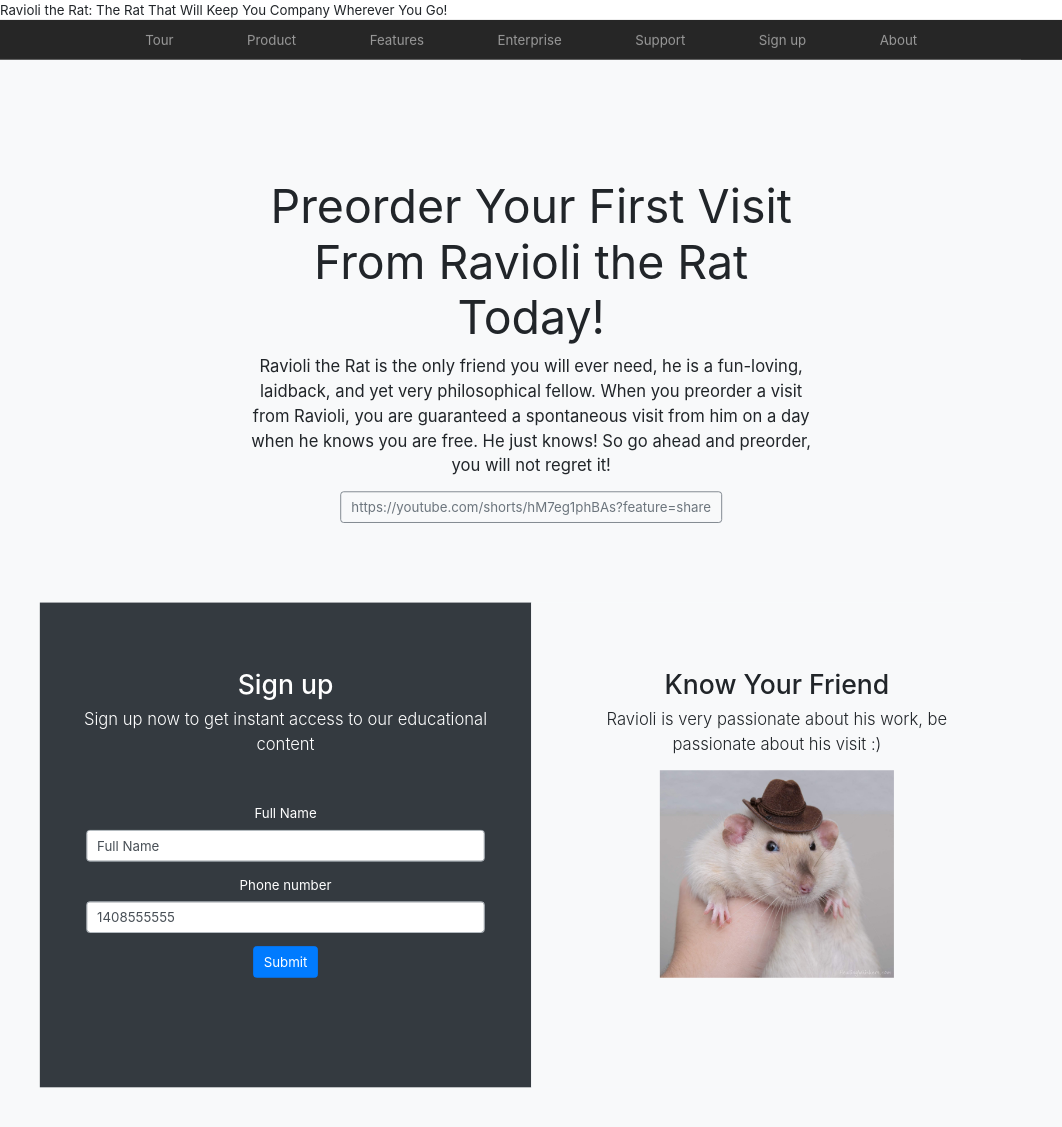
Repository: jesssanchez463/Jess-Sanchez---RESUME
Page: LearnCS8-Twilio/TwilioTemplate/index.html
The author's editor kept a record of every edit. The page is drawn from the files as they stood at one moment, then again after the next edit.
The browser window is 1280 px wide. The pictures show the whole page, at 83% of full size.

Above is the page before.

### LearnCS8-Twilio/TwilioTemplate/index.html
<!doctype html>
<html lang="en">
  <head>
    <!-- Required meta tags -->
    <meta charset="utf-8">
    <meta name="viewport" content="width=device-width, initial-scale=1, shrink-to-fit=no">
    <meta name="description" content="Please include a description here">
    <meta name="author" content="862385994">

    <!-- Bootstrap CSS -->
    <link rel="stylesheet" href="https://stackpath.bootstrapcdn.com/bootstrap/4.5.2/css/bootstrap.min.css" integrity="sha384-JcKb8q3iqJ61gNV9KGb8thSsNjpSL0n8PARn9HuZOnIxN0hoP+VmmDGMN5t9UJ0Z" crossorigin="anonymous">

    <!-- Title of your Website -->
    <title>Ravioli the Rat</title>
    <link href="product.css" rel="stylesheet">
  </head>     Ravioli the Rat: The Rat That Will Keep You Company Wherever You Go!

  <body>
    <nav class="site-header sticky-top py-1">
    <!-- Top Menu Bar -->
    <div class="container d-flex flex-column flex-md-row justify-content-between">
        <a class="py-2 d-none d-md-inline-block" id="menu-item-1" href="https://sliding.toys/mystic-square/8-puzzle/">Tour</a>
        <a class="py-2 d-none d-md-inline-block" id="menu-item-2" href="https://allourway.com/homemade-italian-ravioli-meat-cheese-filling/">Product</a>
        <a class="py-2 d-none d-md-inline-block" id="menu-item-3" href="https://ratguide.com/care-intro">Features</a>
        <a class="py-2 d-none d-md-inline-block" id="menu-item-4" href="https://maze.toys/mazes/mini/daily/">Enterprise</a>
        <a class="py-2 d-none d-md-inline-block" id="menu-item-5" href="https://paint.toys/">Support</a>
        <a class="py-2 d-none d-md-inline-block" id="menu-item-6" href="https://puginarug.com/">Sign up</a>
        <a class="py-2 d-none d-md-inline-block" id="menu-item-7" href="https://binarypiano.com/">About</a>
    </div>
</nav>
<!-- Main Header Section h1-->
<div class="position-relative overflow-hidden p-3 p-md-5 m-md-0 text-center bg-light">
    <div class="col-md-8 p-lg-5 mx-auto my-5">
        <h1 class="display-4 font-weight-normal">Preorder Your First Visit From Ravioli the Rat Today!</h1>
        <p class="lead font-weight-normal">Ravioli the Rat is the only friend you will ever need, he is a fun-loving, laidback, and yet very philosophical fellow. When you preorder a visit from Ravioli, you are guaranteed a spontaneous visit from him on a day when he knows you are free. He just knows! So go ahead and preorder, you will not regret it!</p>
        <a class="btn btn-outline-secondary" href="#">https://youtube.com/shorts/hM7eg1phBAs?feature=share</a>
    </div>
    <!-- Left Tile -->
<div class="d-md-flex flex-md-equal w-100">
    <div class="bg-dark pt-3 px-3 pt-md-5 px-md-5 text-center text-white overflow-hidden">
        <div class="my-3 py-3">
            <h2 class="display-5">Sign up</h2>
            <p class="lead">Sign up now to get instant access to our educational content</p>
        </div>
        <!-- Web form when submitted will send a text message -->
        <form class="p-2" onsubmit="sendTextMessage(); return false;">
            <!-- Full Name Form Field -->
            <div class="form-group">
                <label for="example-first-name">Full Name</label>
                <input type="text" value="Full Name" class="form-control" id="example-first-name" aria-describedby="emailHelp">
            </div>
            <!-- Phone Number Form Field -->
            <div class="form-group">
                <label for="example-tel-input">Phone number</label>
                <input type="tel" class="form-control" value="1408555555" id="example-tel-input">
            </div>
            <!-- JavaScript that handles onSubmit logic -->
            <!-- Configure the XHR request below with your own credentials -->
            <script>
            function sendTextMessage() {
                console.log("Hello world!");
                var xhr = new XMLHttpRequest();
                var accountSID = "ACac85fcb58296df381fab927fd46937b4";
                var authToken = "c62ed23ad9e8e5c02c6c85f9543d9748";
                var base64encoded = accountSID + ":" + authToken;
                var params = "To=" + document.getElementById('example-tel-input').value + "&From=" + "18559374528" + "&Body=" + "Hello " + document.getElementById('example-first-name').value + "...Rats Love Cheese!"
                xhr.open("POST", "https://api.twilio.com/2010-04-01/Accounts/" + accountSID + "/Messages.json", true);
                xhr.setRequestHeader('Content-Type', 'application/x-www-form-urlencoded');
                xhr.setRequestHeader('Authorization', 'Basic ' + btoa(base64encoded));
                xhr.send(params);
            }
            </script>
            <!-- Submit button that will execute the sendTextMessage function -->
            <button type="submit" class="btn btn-primary">Submit</button>
        </form>
    </div>
<!-- Right Tile -->
    <div class="bg-light pt-3 px-3 pt-md-5 px-md-5 text-center overflow-hidden">
        <div class="my-3 p-3">
            <h2 class="display-5">Know Your Friend</h2>
            <p class="lead">Ravioli is very passionate about his work, be passionate about his visit :)</p>
            <img class="mx-auto" src="example_image.jpg" height="250px">
        </div>
        <div class="mx-auto" style="width: 80%; height: 100px; border-radius: 21px 21px 0 0;"></div>
    </div>
</div>
  </body>
</html>

### LearnCS8-Twilio/TwilioTemplate/product.css
.container {
  max-width: 960px;
}

/*
 * Custom translucent site header
 */

.site-header {
  background-color: rgba(0, 0, 0, .85);
  -webkit-backdrop-filter: saturate(180%) blur(20px);
  backdrop-filter: saturate(180%) blur(20px);
}
.site-header a {
  color: #999;
  transition: ease-in-out color .15s;
}
.site-header a:hover {
  color: #fff;
  text-decoration: none;
}

/*
 * Dummy devices (replace them with your own or something else entirely!)
 */

.product-device {
  position: absolute;
  right: 10%;
  bottom: -30%;
  width: 300px;
  height: 540px;
  background-color: #333;
  border-radius: 21px;
  -webkit-transform: rotate(30deg);
  transform: rotate(30deg);
}

.product-device::before {
  position: absolute;
  top: 10%;
  right: 10px;
  bottom: 10%;
  left: 10px;
  content: "";
  background-color: rgba(255, 255, 255, .1);
  border-radius: 5px;
}

.product-device-2 {
  top: -25%;
  right: auto;
  bottom: 0;
  left: 5%;
  background-color: #e5e5e5;
}


/*
 * Extra utilities
 */

.flex-equal > * {
  -ms-flex: 1;
  flex: 1;
}
@media (min-width: 768px) {
  .flex-md-equal > * {
    -ms-flex: 1;
    flex: 1;
  }
}

.overflow-hidden { overflow: hidden; }

After the next edit:
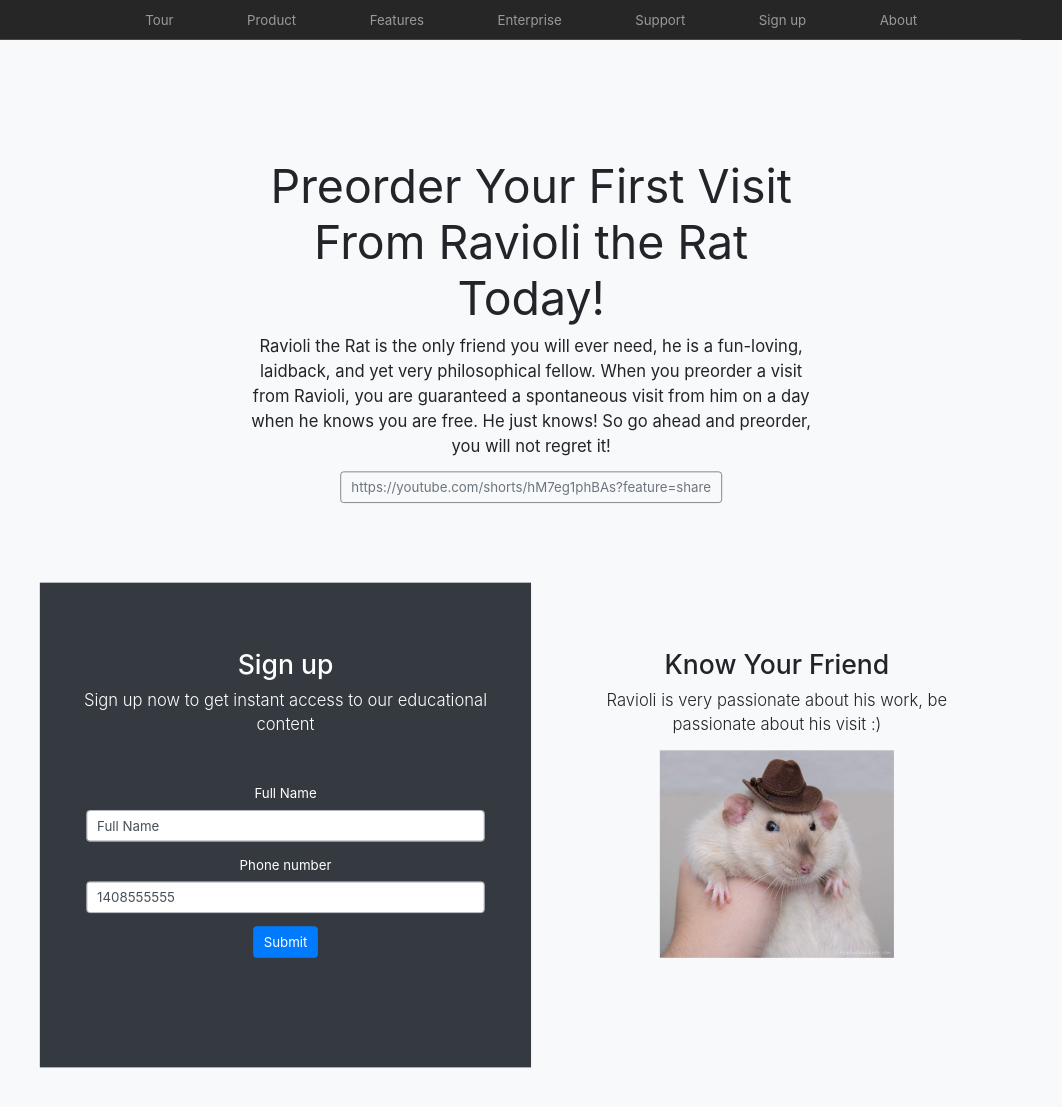
The edit:
--- a/LearnCS8-Twilio/TwilioTemplate/index.html
+++ b/LearnCS8-Twilio/TwilioTemplate/index.html
@@ -13,8 +13,7 @@
     <!-- Title of your Website -->
     <title>Ravioli the Rat</title>
     <link href="product.css" rel="stylesheet">
-  </head>     Ravioli the Rat: The Rat That Will Keep You Company Wherever You Go!
-
+  </head>
   <body>
     <nav class="site-header sticky-top py-1">
     <!-- Top Menu Bar -->
